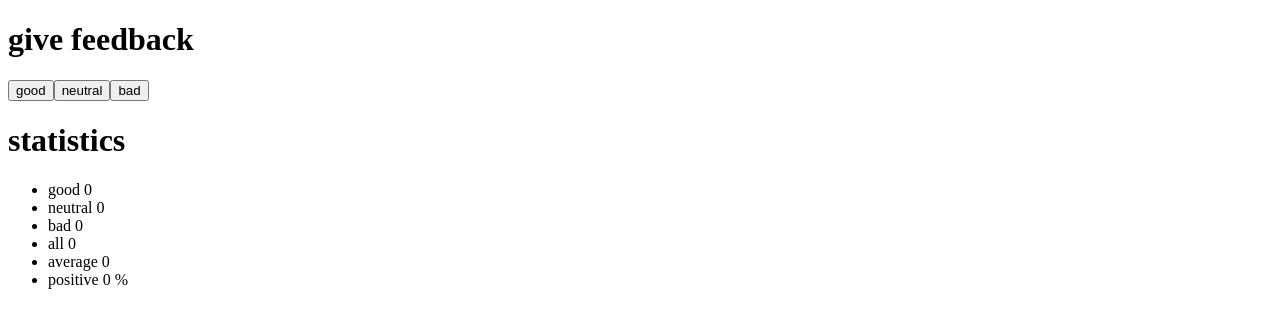
Repository: mariocapitbrok/helsinki-fullstack
Page: / (app in part1/unicafe/)
The author's editor kept a copy of each file at every save. The page is drawn from the files as they stood at one save, then again after a run of saves.
The browser window is 1280 px wide. The pictures show the whole page.
The project was rebuilt for these pictures with package versions that can differ from the ones it lists, and the page was loaded fresh each time.

Above is the page before, as saved 2022-01-09 08:27:49.

### part1/unicafe/src/App.js
import React, { useState } from 'react'

const Button = ({ onClick, text }) => <button onClick={onClick}>{text}</button>

const List = ({ title, value }) => (
  <li>
    {title} {value}
  </li>
)

const App = () => {
  const [good, setGood] = useState(0)
  const [neutral, setNeutral] = useState(0)
  const [bad, setBad] = useState(0)
  const [total, setTotal] = useState(0)
  const [average, setAverage] = useState(0)
  const [percentage, setPercentage] = useState(0)

  const handleGood = () => {
    const newGood = good + 1
    const newTotal = newGood + neutral + bad
    const newAverage = (newGood - bad) / newTotal
    const newPercentage = ((newGood / newTotal) * 100).toFixed(14)

    setGood(newGood)
    setTotal(newTotal)
    setAverage(newAverage)
    setPercentage(newPercentage)
  }

  const handleNeutral = () => {
    const newNeutral = neutral + 1
    const newTotal = good + newNeutral + bad
    const newAverage = (good - bad) / newTotal
    const newPercentage = ((good / newTotal) * 100).toFixed(14)

    setNeutral(newNeutral)
    setTotal(newTotal)
    setAverage(newAverage)
    setPercentage(newPercentage)
  }

  const handleBad = () => {
    const newBad = bad + 1
    const newTotal = good + neutral + newBad
    const newAverage = (good - newBad) / newTotal
    const newPercentage = ((good / newTotal) * 100).toFixed(14)

    setBad(newBad)
    setTotal(newTotal)
    setAverage(newAverage)
    setPercentage(newPercentage)
  }

  return (
    <div>
      <h1>give feedback</h1>
      <Button onClick={handleGood} text="good" />
      <Button onClick={handleNeutral} text="neutral" />
      <Button onClick={handleBad} text="bad" />
      <h1>statistics</h1>
      <ul>
        <List title="good" value={good} />
        <List title="neutral" value={neutral} />
        <List title="bad" value={bad} />
        <li>all {total}</li>
        <li>average {average}</li>
        <li>positive {percentage} %</li>
      </ul>
    </div>
  )
}

export default App

Loaded but not shown: part1/unicafe/public/index.html (common file); part1/unicafe/src/index.js (common file)

After the next 2 saves:
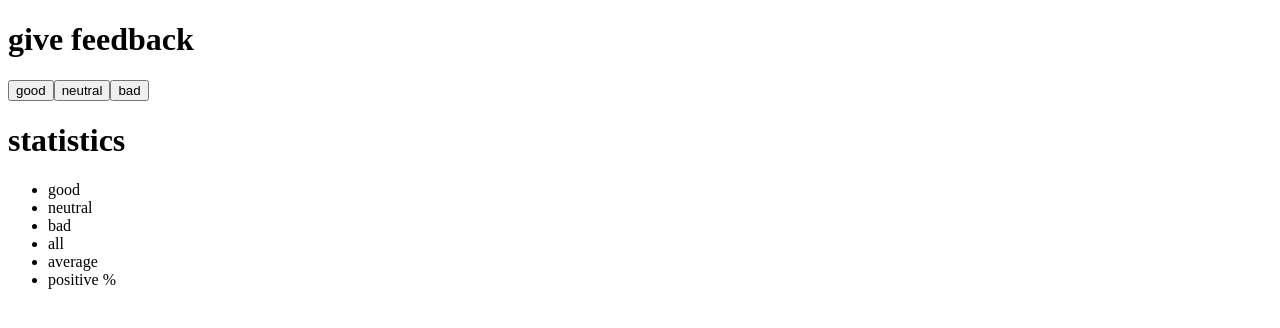
The 2 saves are shown as one change because 1 did not build or start.
The last was saved 2 min 55 s later.
--- a/part1/unicafe/src/App.js
+++ b/part1/unicafe/src/App.js
@@ -9,12 +9,12 @@
 )
 
 const App = () => {
-  const [good, setGood] = useState(0)
-  const [neutral, setNeutral] = useState(0)
-  const [bad, setBad] = useState(0)
-  const [total, setTotal] = useState(0)
-  const [average, setAverage] = useState(0)
-  const [percentage, setPercentage] = useState(0)
+  const [good, setGood] = useState(0n)
+  const [neutral, setNeutral] = useState(0n)
+  const [bad, setBad] = useState(0n)
+  const [total, setTotal] = useState(0n)
+  const [average, setAverage] = useState(0n)
+  const [percentage, setPercentage] = useState(0n)
 
   const handleGood = () => {
     const newGood = good + 1

After the save that followed:
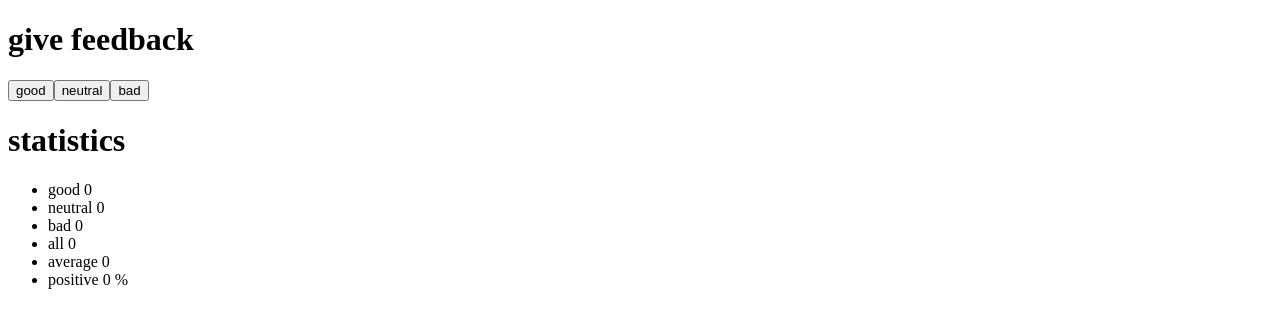
Saved 10 s later.
--- a/part1/unicafe/src/App.js
+++ b/part1/unicafe/src/App.js
@@ -9,12 +9,12 @@
 )
 
 const App = () => {
-  const [good, setGood] = useState(0n)
-  const [neutral, setNeutral] = useState(0n)
-  const [bad, setBad] = useState(0n)
-  const [total, setTotal] = useState(0n)
-  const [average, setAverage] = useState(0n)
-  const [percentage, setPercentage] = useState(0n)
+  const [good, setGood] = useState(0)
+  const [neutral, setNeutral] = useState(0)
+  const [bad, setBad] = useState(0)
+  const [total, setTotal] = useState(0)
+  const [average, setAverage] = useState(0)
+  const [percentage, setPercentage] = useState(0)
 
   const handleGood = () => {
     const newGood = good + 1
